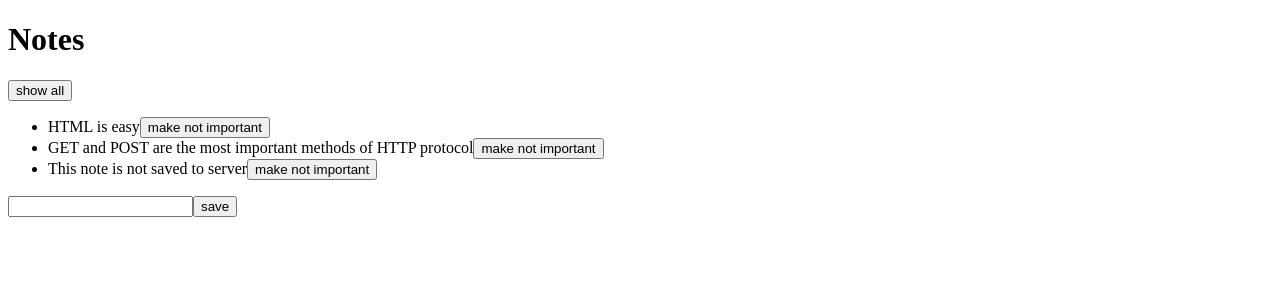
Repository: mariocapitbrok/helsinki-fullstack
Page: / (app in part2/)
An editor plug-in stored every save of this project. The page is shown before and after the next save, followed by the edit.
The browser window is 1280 px wide. The pictures show the whole page.
The project was rebuilt for these pictures with package versions that can differ from the ones it lists, and the page was loaded fresh each time. Requests to the local data server were answered from the project's data file.

Above is the page before, as saved 2022-02-10 07:03:21.

### part2/src/App.js
import React, { useState, useEffect } from 'react'
import Note from './components/Note'
import noteService from './services/notes'

const App = () => {
  const [notes, setNotes] = useState([])
  const [newNote, setNewNote] = useState('')
  const [showAll, setShowAll] = useState(false)

  useEffect(() => {
    noteService.getAll().then((initialNotes) => {
      setNotes(initialNotes)
    })
  }, [])

  const toggleImportanceOf = (id) => {
    const note = notes.find((note) => note.id === id)
    const changedNote = { ...note, important: !note.important }

    noteService
      .update(id, changedNote)
      .then((returnedNote) => {
        setNotes(notes.map((note) => (note.id !== id ? note : returnedNote)))
      })
      .catch((error) => {
        alert(`the note '${note.content}' was already deleted from server`)
        setNotes(notes.filter((n) => n.id !== id))
      })
  }

  const addNote = (event) => {
    event.preventDefault()
    const noteObject = {
      content: newNote,
      date: new Date(),
      important: Math.random() > 0.5,
    }

    noteService.create(noteObject).then((returnedNote) => {
      setNotes([...notes, returnedNote])
      setNewNote('')
    })
  }

  const handleNoteChange = (event) => {
    //console.log(event.target.value)
    setNewNote(event.target.value)
  }

  const notesToShow = showAll ? notes : notes.filter((note) => note.important)

  return (
    <div>
      <h1>Notes</h1>
      <div>
        <button onClick={() => setShowAll(!showAll)}>
          show {showAll ? 'important' : 'all'}
        </button>
      </div>
      <ul>
        {notesToShow.map((note) => (
          <Note
            key={note.id}
            note={note}
            toggleImportance={() => toggleImportanceOf(note.id)}
          />
        ))}
      </ul>
      <form onSubmit={addNote}>
        <input value={newNote} onChange={handleNoteChange} />
        <button type="submit">save</button>
      </form>
    </div>
  )
}

export default App

### part2/src/components/Note.js
import React from 'react'

const Note = ({ note, toggleImportance }) => {
  const label = note.important ? 'make not important' : 'make important'
  return (
    <li>
      {note.content}
      <button onClick={toggleImportance}>{label}</button>
    </li>
  )
}

export default Note

### part2/src/services/notes.js
import axios from 'axios'
const baseUrl = 'http://localhost:3001/notes'

const getAll = () => {
  const request = axios.get(baseUrl)
  const nonExisting = {
    id: 10000,
    content: 'This note is not saved to server',
    date: '2009-05-30T17:30:31.098Z',
    important: true,
  }
  return request.then((response) => response.data.concat(nonExisting))
}

const create = (newObject) => {
  const request = axios.post(baseUrl, newObject)
  return request.then((response) => response.data)
}

const update = (id, newObject) => {
  const request = axios.put(`${baseUrl}/${id}`, newObject)
  return request.then((response) => response.data)
}

export default { getAll, create, update }

Loaded but not shown: part2/public/index.html (common file); part2/src/index.js (common file); part2/db.json (common file)

After the next save:
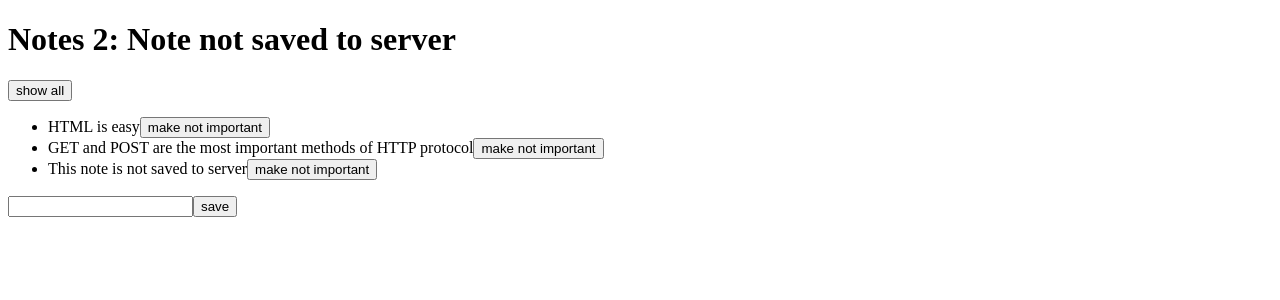
Saved 8 min 16 s later.
--- a/part2/src/App.js
+++ b/part2/src/App.js
@@ -51,7 +51,7 @@ const App = () => {
 
   return (
     <div>
-      <h1>Notes</h1>
+      <h1>Notes 2: Note not saved to server</h1>
       <div>
         <button onClick={() => setShowAll(!showAll)}>
           show {showAll ? 'important' : 'all'}
